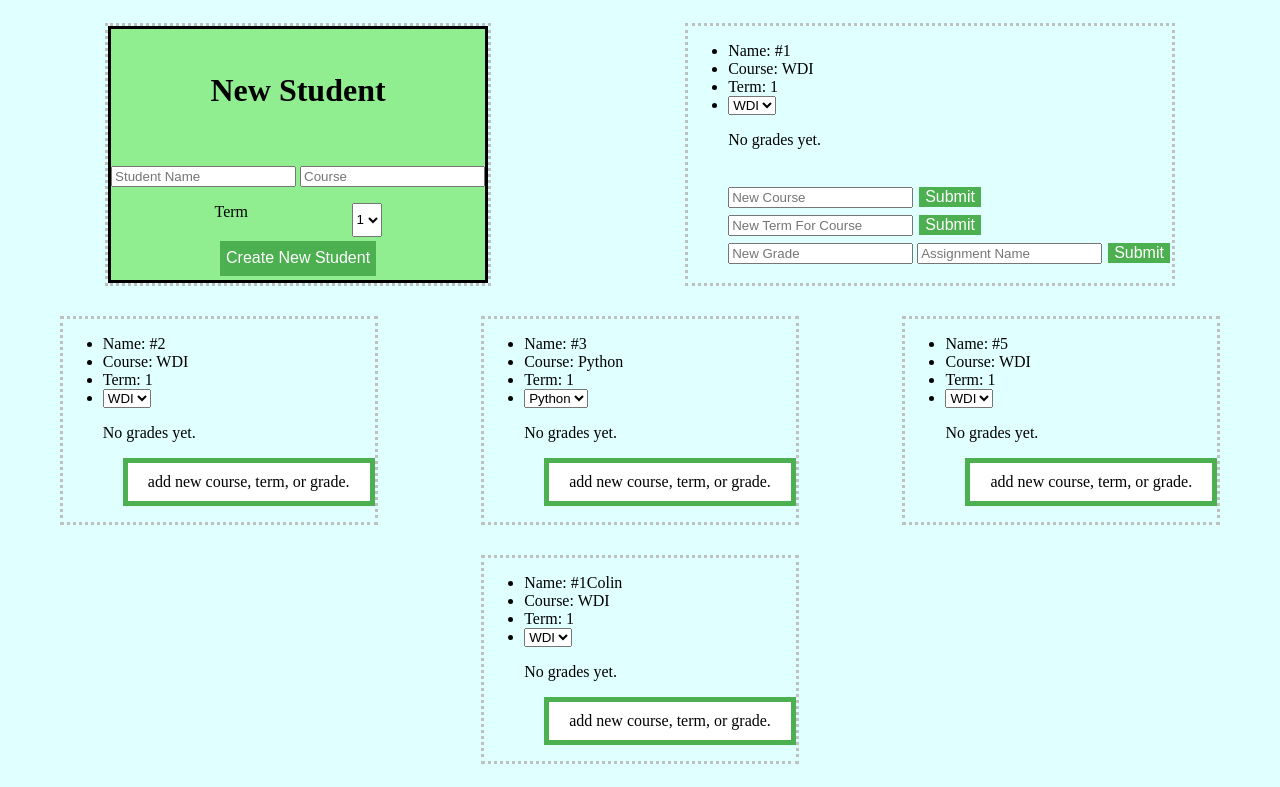
Repository: EdmontDantes/graderaide-fullstack-solution
Page: index.html
These files come from the project's save history. The page is drawn as it stood at one moment and after the next save; the edit follows.
The browser window is 1280 px wide. The pictures show the whole page.

Above is the page before, as saved 2020-04-22 13:55:11.

After the next save:
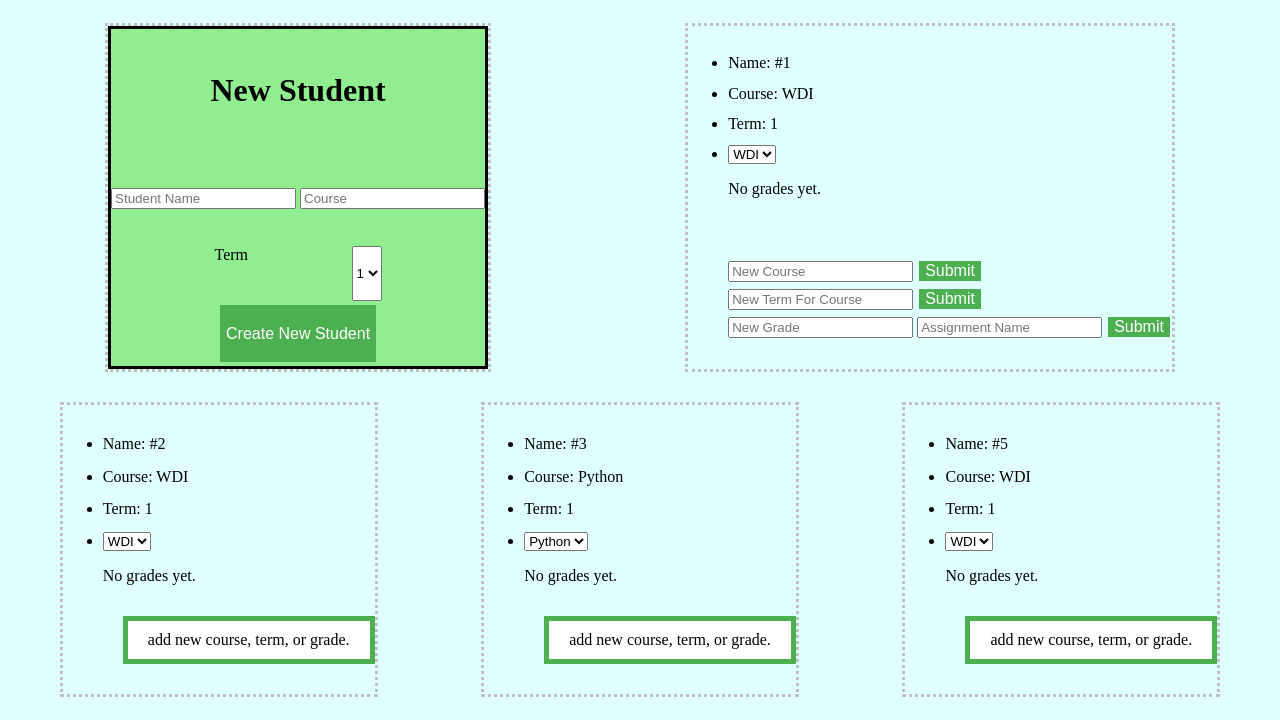
Saved 7 s later.
--- a/index.html
+++ b/index.html
@@ -110,19 +110,7 @@
         </ul>
       </section>
 
-      <section class="student-display">
-        <ul class="student-info">
-          <li>Name: #1Colin</li>
-          <li>Course: WDI</li>
-          <li>Term: 1</li>
-          <li>
-            <select class="course-selection">
-              <option value="wdi">WDI</option>
-            </select>
-            <p>No grades yet.</p>
-          </li><a href="add.html">add new course, term, or grade.</a>
-        </ul>
-      </section>
+
 
 
 
